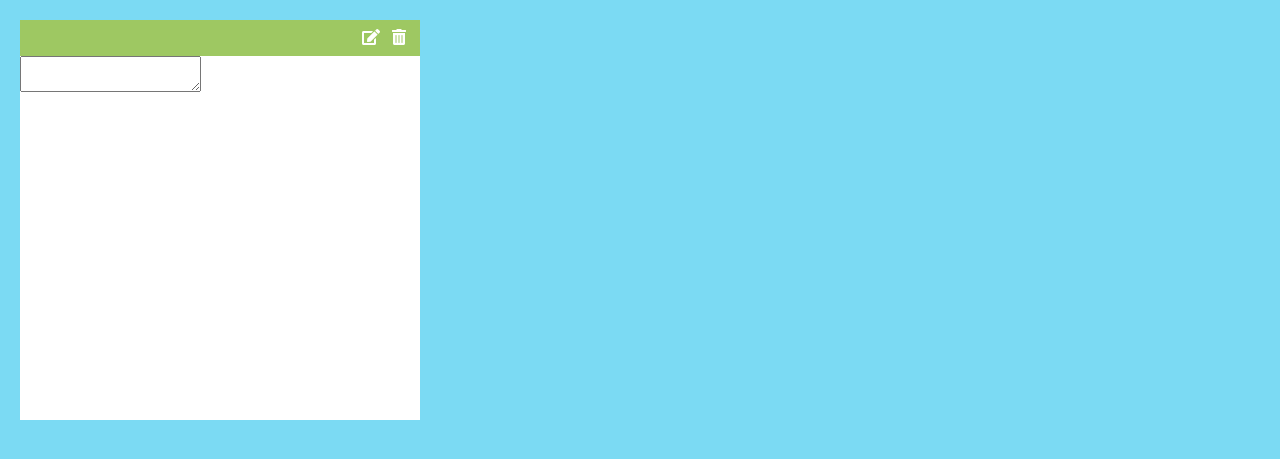
Repository: kate30980/projects-js-practice
Page: notes-app/index.html
These files come from the project's save history. The page is drawn as it stood at one moment and after the next save; the edit follows.
The browser window is 1280 px wide. The pictures show the whole page.

Above is the page before, as saved 2021-09-12 09:06:51.

### notes-app/index.html
<!DOCTYPE html>
<html lang="en">

<head>
    <meta charset="UTF-8" />
    <meta name="viewport" content="width=device-width, initial-scale=1.0" />
    <title>Notes App</title>
    <link rel="stylesheet" href="style.css" />
    <link rel="stylesheet" href="https://cdnjs.cloudflare.com/ajax/libs/font-awesome/5.15.4/css/all.min.css">
    <script src="script.js" defer></script>
</head>

<body>
    <div class="notes">
        <div class="tools">
            <button><i class="fas fa-edit"></i></button>
            <button><i class="fas fa-trash-alt"></i></button>
        </div>
        <textarea></textarea>
    </div>
</body>

</html>

### notes-app/style.css
@import url("https://fonts.googleapis.com/css2?family=Poppins:wght@200;400;600&display=swap");

* {
  box-sizing: border-box;
}

body {
  font-family: "Poppins", sans-serif;
  margin: 0;
  background-color: #7bdaf3;
  display: flex;
  flex-wrap: wrap;
}
.notes {
  width: 400px;
  height: 400px;
  background-color: white;
  margin: 20px;
}
.notes .tools{
    background-color:#9ec862;
    padding: 0 .5rem;
    display: flex;
    justify-content: flex-end;
    padding: 0.5rem;
}
.notes .tools button{
    background-color:transparent;
    border: none;
    color: white;
    font-size: 1rem;
}

Loaded but not shown: notes-app/script.js (no copy from this time; the picture is the same without it)

After the next save:
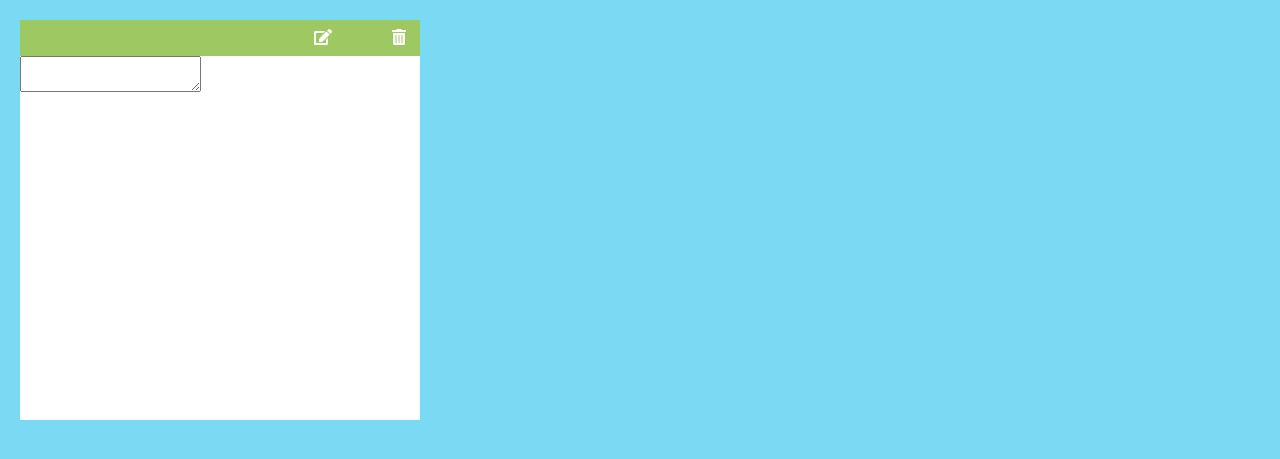
Saved 19 s later.
--- a/notes-app/style.css
+++ b/notes-app/style.css
@@ -29,4 +29,5 @@ body {
     border: none;
     color: white;
     font-size: 1rem;
+    margin-left: 3rem;
 }
